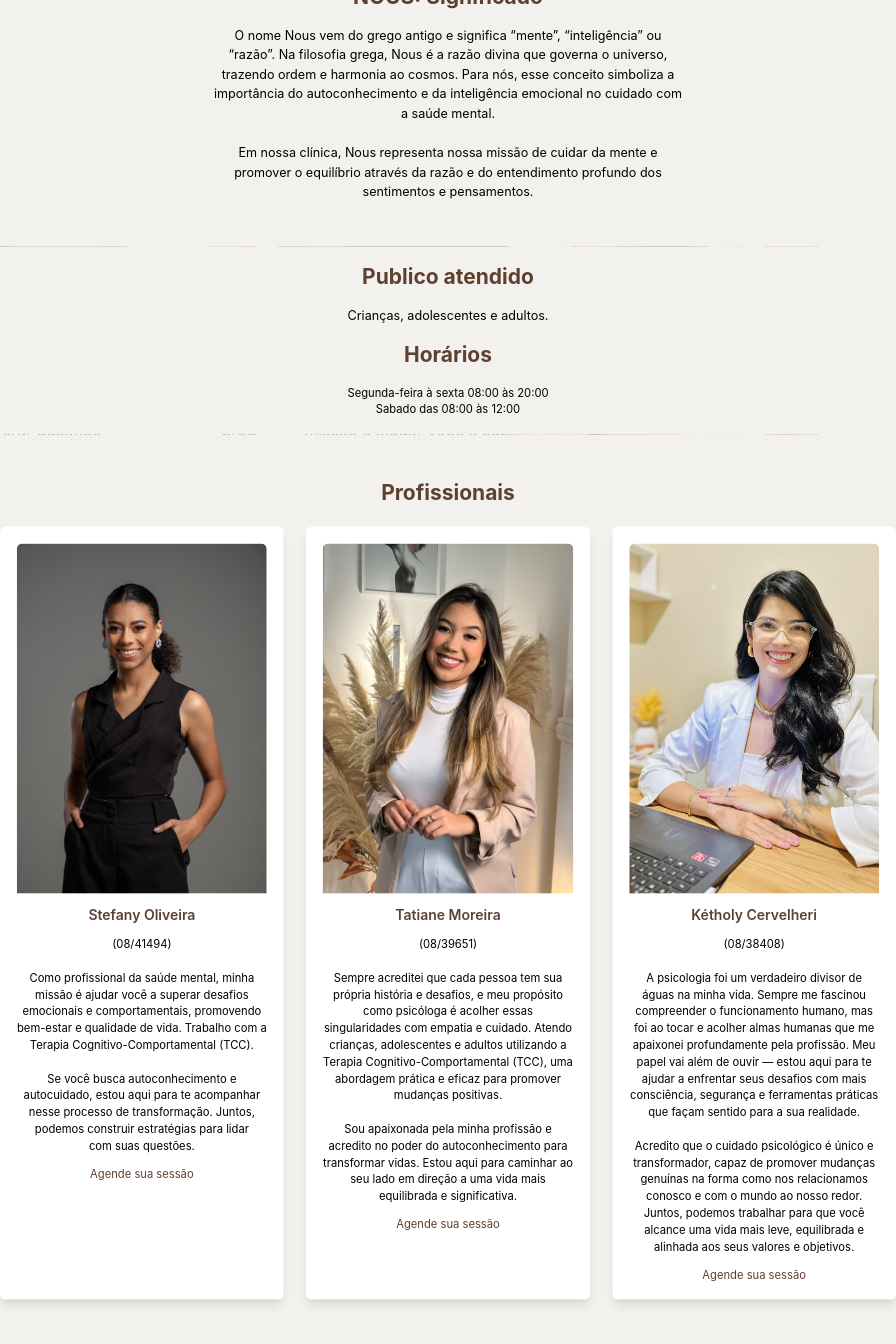
Repository: Mcervelheri/Nous
Page: /
An editor plug-in stored every save of this project. The page is shown before and after the next save, followed by the edit.
The browser window is 1280 px wide. The pictures show the part of the page from y = 872 to 2792 px (the page is 2792 px tall before and 2786 px after), at 70% of full size.
The project was rebuilt for these pictures with package versions that can differ from the ones it lists, and the page was loaded fresh each time. Also part of the build but not shown: vite.config.js.

Above is the page before, as saved 2025-02-19 22:56:37.

After the next save:
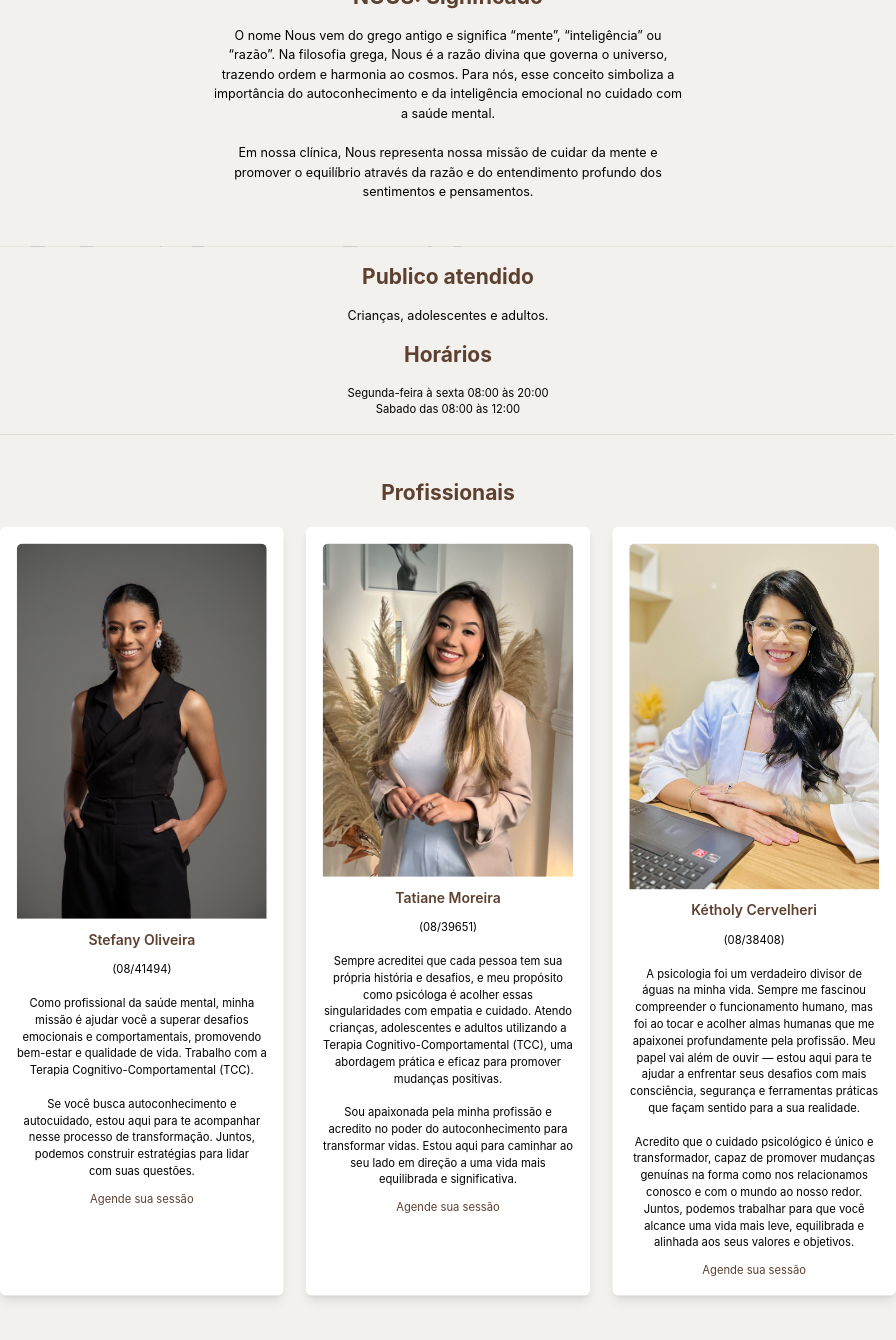
Saved 2 min 24 s later.
--- a/src/index.css
+++ b/src/index.css
@@ -7,10 +7,6 @@
 @media (min-width: 768px) {
   .menu {
     display: flex !important;
-  }
-
-  .img_meninas {
-    height: 500px;
   }
 }
 

After the save that followed:
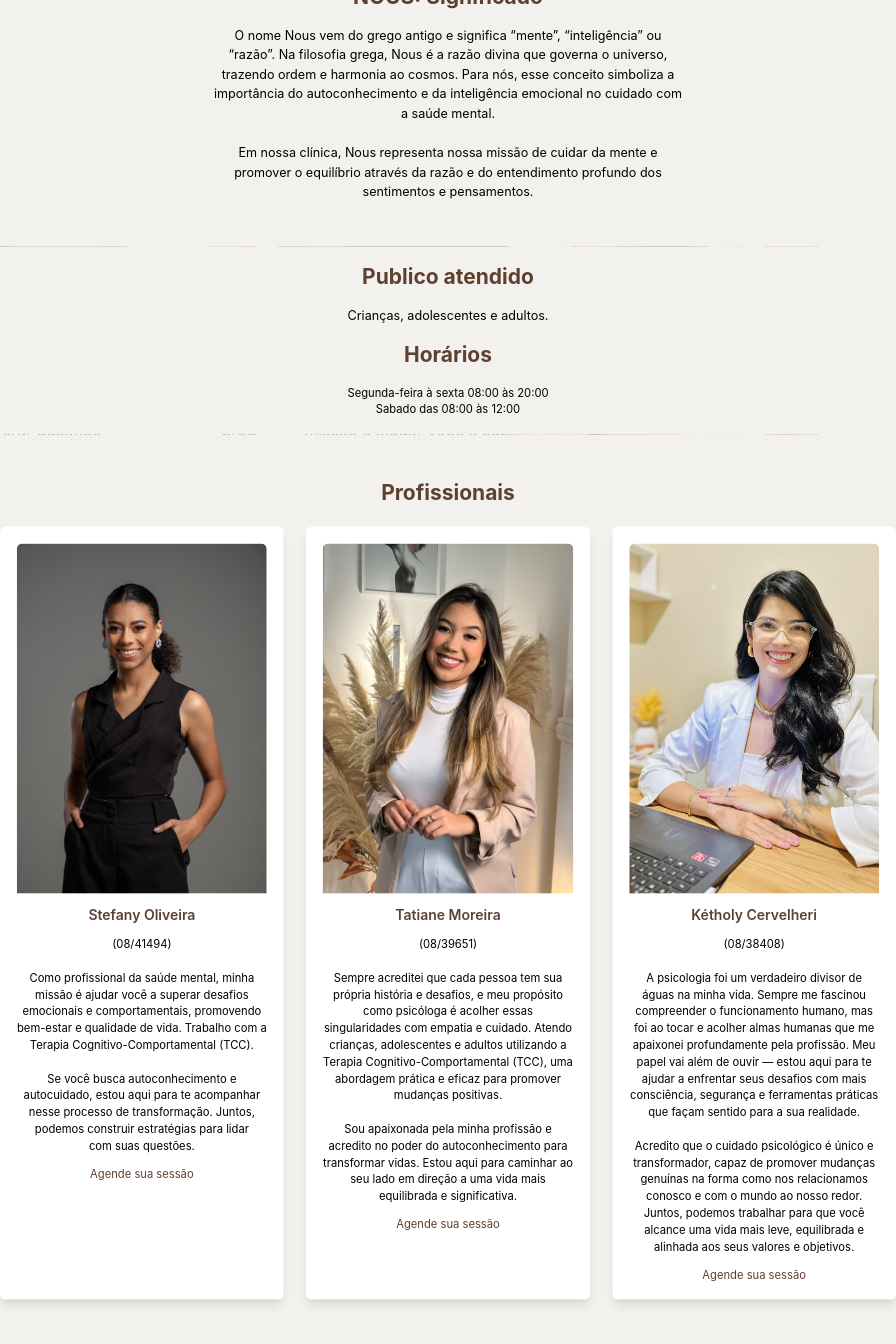
Saved 13 s later.
--- a/src/index.css
+++ b/src/index.css
@@ -7,6 +7,10 @@
 @media (min-width: 768px) {
   .menu {
     display: flex !important;
+  }
+
+  .img_meninas {
+    height: 500px;
   }
 }
 
